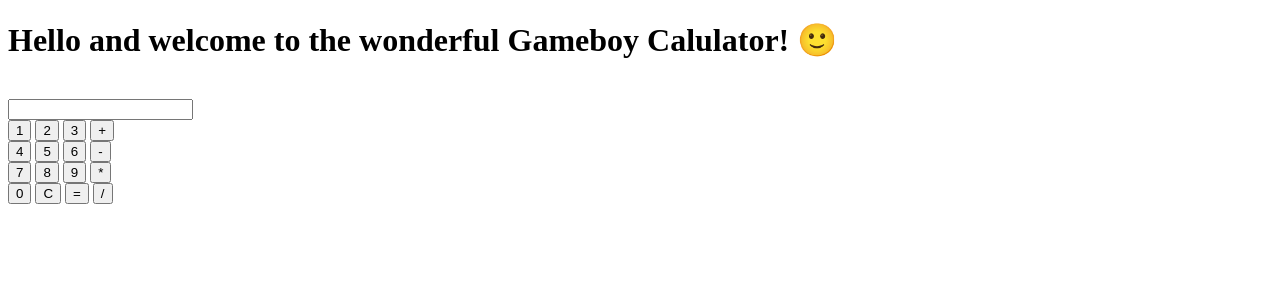
Repository: CrazyPaine/GameBoy-Calculator
Page: index.html
The author's editor kept a copy of each file at every save. The page is drawn from the files as they stood at one save, then again after the next save.
The browser window is 1280 px wide. The pictures show the whole page.

Above is the page before, as saved 2024-02-04 20:35:57.

After the next save:
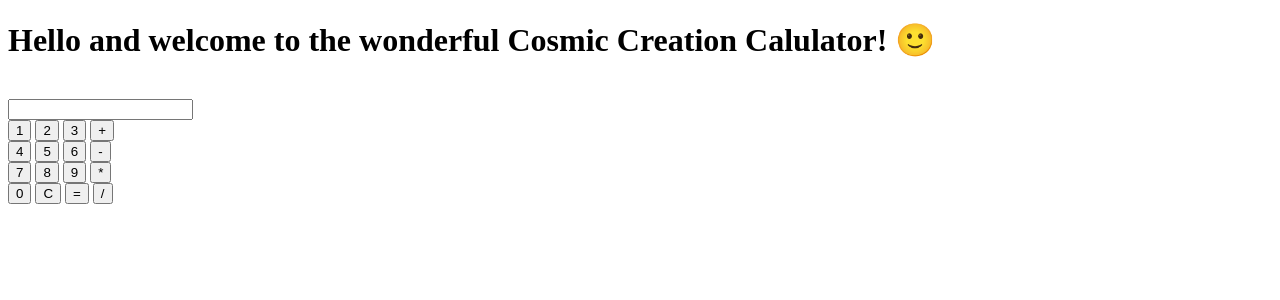
Saved 2 min 30 s later.
--- a/index.html
+++ b/index.html
@@ -9,7 +9,7 @@
 </head>
 
 <body>
-    <h1 class = "Intro">Hello and welcome to the wonderful Gameboy Calulator! &#128578;</h1>
+    <h1 class = "Intro">Hello and welcome to the wonderful Cosmic Creation Calulator! &#128578;</h1>
     <br>
     <div class = 'calculator'>
         <input type="text"id="display" readonly>
